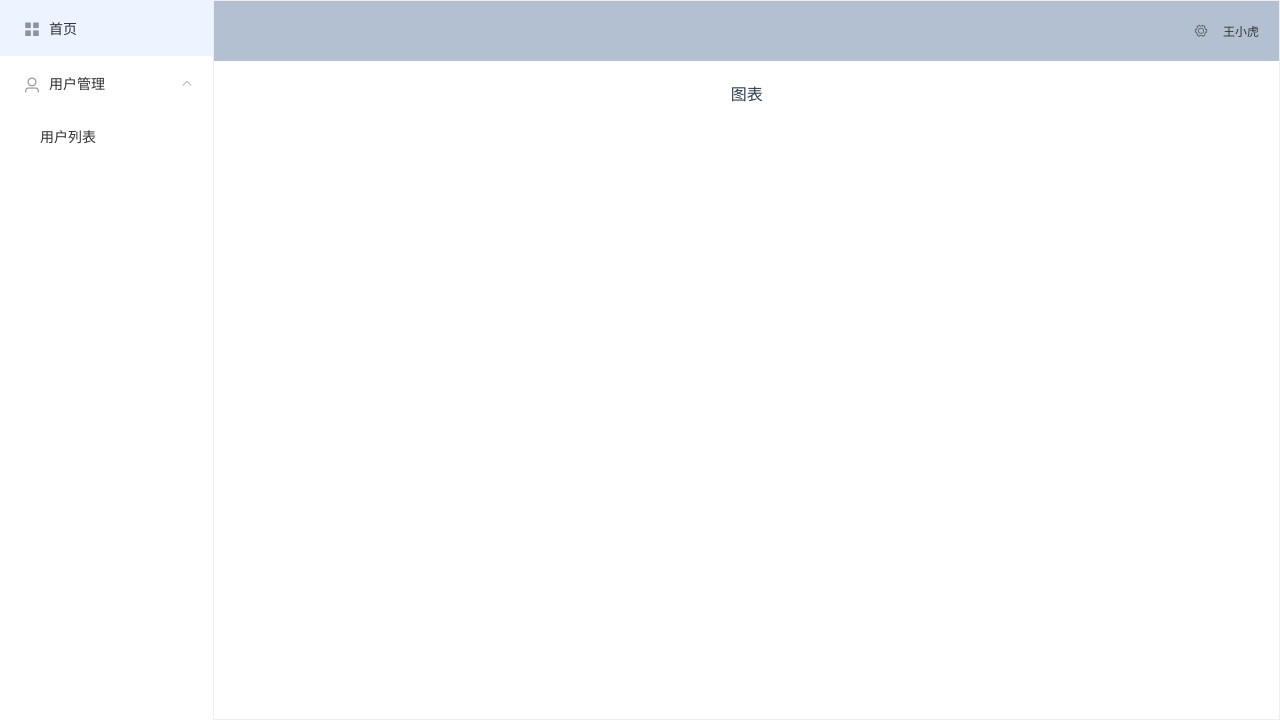
Repository: cmw520520/admin_vue
Page: /#/example/echart
An editor plug-in stored every save of this project. The page is shown before and after the next save, followed by the edit.
The browser window is 1280 px wide. The pictures show the whole page.
The project was rebuilt for these pictures with package versions that can differ from the ones it lists, and the page was loaded fresh each time. Also part of the build but not shown: src/page/home/Home.vue, src/page/user/UserList.vue.

Above is the page before, as saved 2019-07-01 11:46:23.

After the next save:
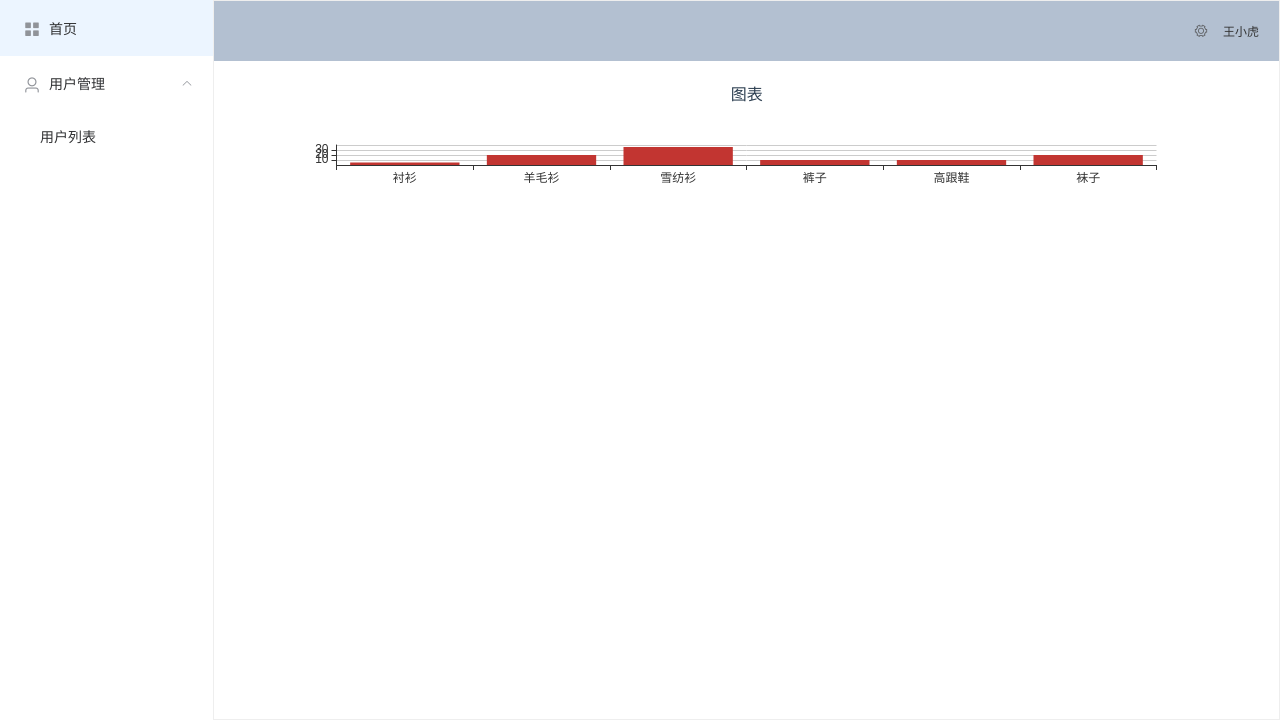
Saved 47 s later.
--- a/example/Echart.vue
+++ b/example/Echart.vue
@@ -1,7 +1,9 @@
 <template>
   <el-row>
     <el-col>图表</el-col>
-    <el-col id="main"></el-col>
+    <el-col>
+        <div id="main" style="height:100px;"></div>
+    </el-col>
   </el-row>
 </template>
 
